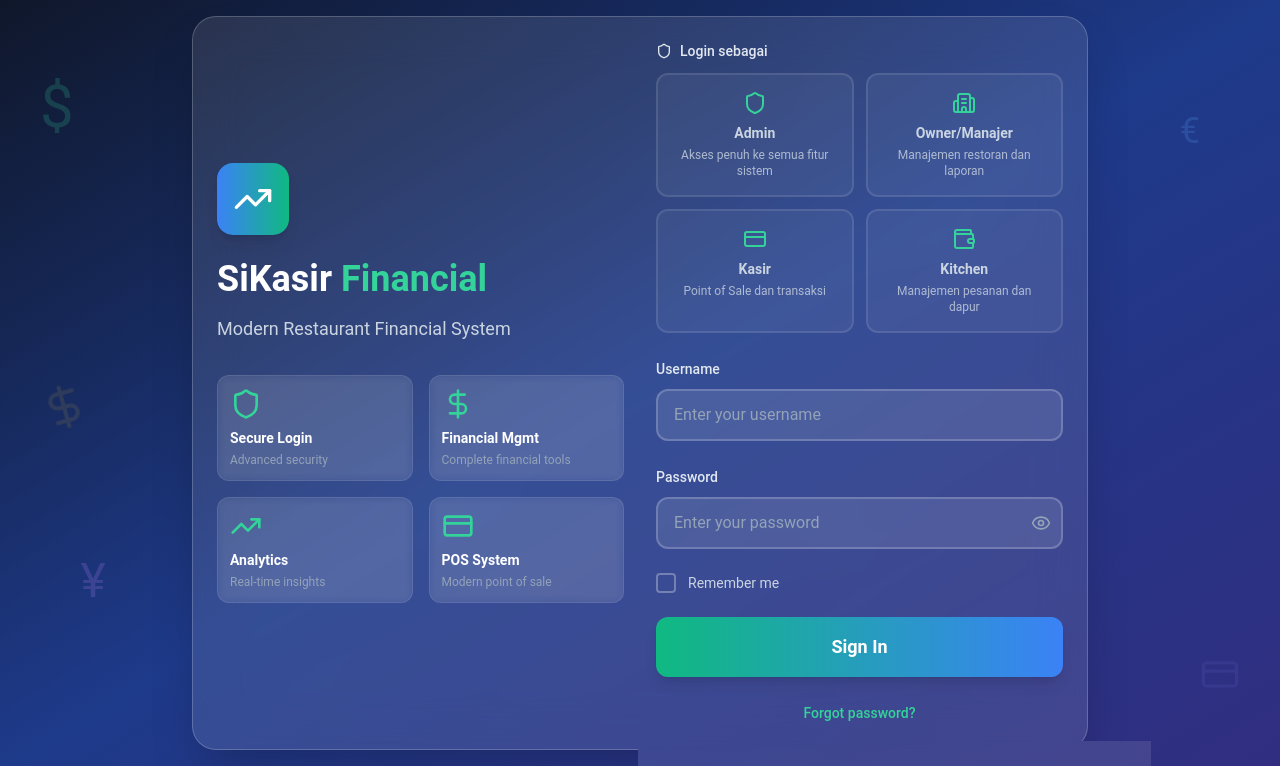
Repository: luthfirf17/SiKasir
Page: / (app in frontend/)
The author's editor kept a copy of each file at every save. The page is drawn from the files as they stood at one save, then again after the next save.
The browser window is 1280 px wide. The pictures show the whole page.
The page's requests for data from a server got no answer. The project was rebuilt for these pictures with package versions that can differ from the ones it lists, and the page was loaded fresh each time. No one was signed in, and anything a server would have sent is missing. Also part of the build but not shown: frontend/src/modules/admin/config/navigationConfig.ts, frontend/src/modules/admin/components/ModernAdminNavigation.tsx, frontend/src/modules/admin/components/AdminNavbar.tsx, frontend/src/modules/admin/layouts/AdminLayout.tsx, frontend/src/modules/admin/pages/DashboardPage.tsx, frontend/src/services/MenuService.ts, frontend/src/utils/menuDataConverter.ts, frontend/src/hooks/useMenuData.ts and 19 more.

Above is the page before, as saved 2025-09-25 17:24:13.

After the next save:
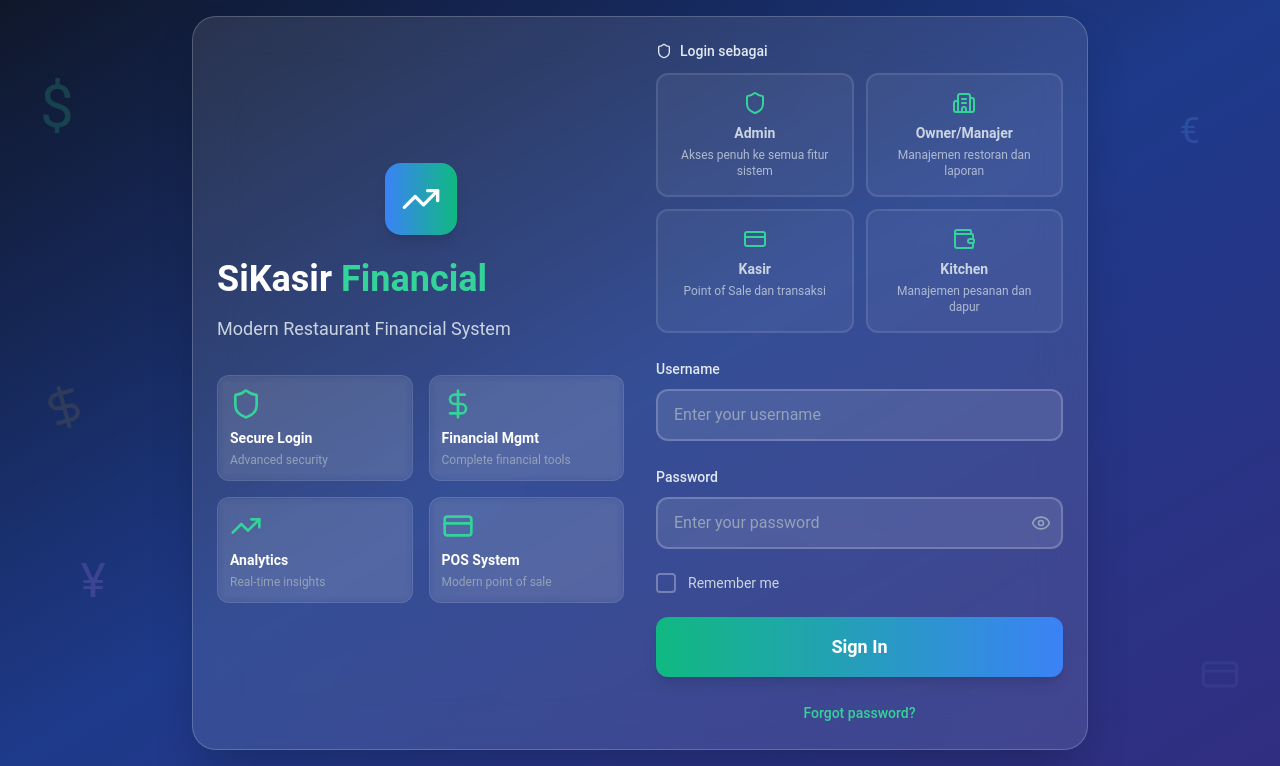
Saved 2 min 22 s later.
--- a/frontend/src/pages/LoginPage.tsx
+++ b/frontend/src/pages/LoginPage.tsx
@@ -199,7 +199,7 @@ const LoginPage = () => {
             {/* Left Side - Branding & Features */}
             <div className="space-y-8">
               <div className="text-center lg:text-left">
-                <div className="flex justify-center lg:justify-start mb-6">
+                <div className="flex justify-center mb-6">
                   <div className="p-4 bg-gradient-to-r from-blue-500 to-emerald-500 rounded-2xl shadow-lg transform hover:scale-110 transition-transform duration-300">
                     <TrendingUp className="h-10 w-10 text-white" />
                   </div>
